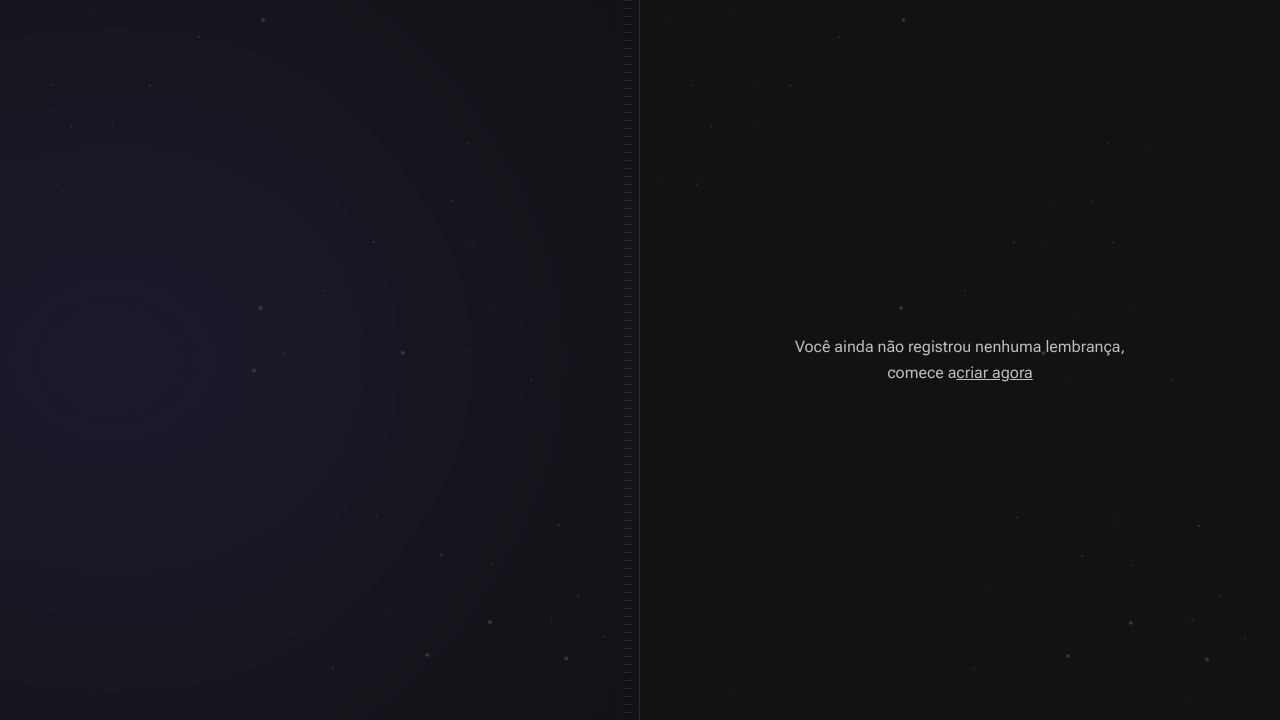
Repository: Herlander929/SpaceTime-nlw
Page: / (app in front-end/)
These files come from the project's save history. The page is drawn as it stood at one moment and after the next save; the edit follows.
The browser window is 1280 px wide. The pictures show the whole page.
Some web fonts or font styles are not loaded; a fallback is used. The project was rebuilt for these pictures with package versions that can differ from the ones it lists, and the page was loaded fresh each time. The framework's server and built-in components were replaced by stand-ins that run in the browser. Also part of the build but not shown: front-end/next.config.js.

Above is the page before, as saved 2023-05-19 10:20:59.

After the next save:
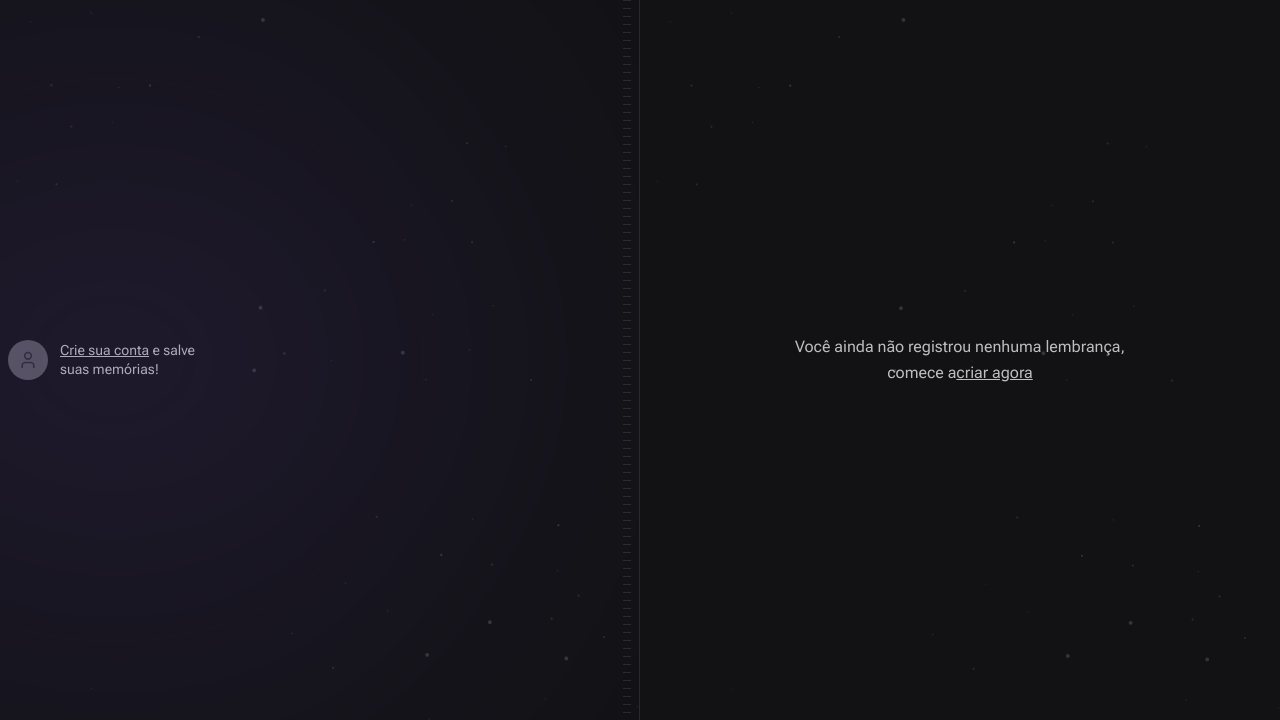
Saved 7 min 10 s later.
--- a/front-end/src/app/page.tsx
+++ b/front-end/src/app/page.tsx
@@ -1,3 +1,5 @@
+import {User} from 'lucide-react'
+
 export default function Home() {
   return (
   <main className="grid grid-cols-2 min-h-screen">
@@ -7,6 +9,13 @@ export default function Home() {
     <div className="absolute right-0 top-1/2 h-[288px] w-[526px] -translate-y-1/2 -translate-x-1/2 rounded-full bg-purple-700 opacity-50 blur-full"/>
     {/*Stripes */}
     <div className="absolute bottom-0 right-2  top-0 w-2 bg-stripes"/>
+
+    <a href="" className="flex items-center gap-3 text-left">
+      <div className="flex h-10 w-10 items-center justify-center rounded-full bg-gray-400">
+        <User className='h-5 w-5 text-gray-500'/>
+      </div>
+    <p className='text-sm leading-snug max-w-[140px]'> <span className='underline'>Crie sua conta</span> e salve suas memórias!</p>
+    </a>
     </div>
   {/*Right*/ }
     <div className="flex flex-col /* bg-[url(../assets/bg-stars.svg)] bg-cover */ p-16 ">
